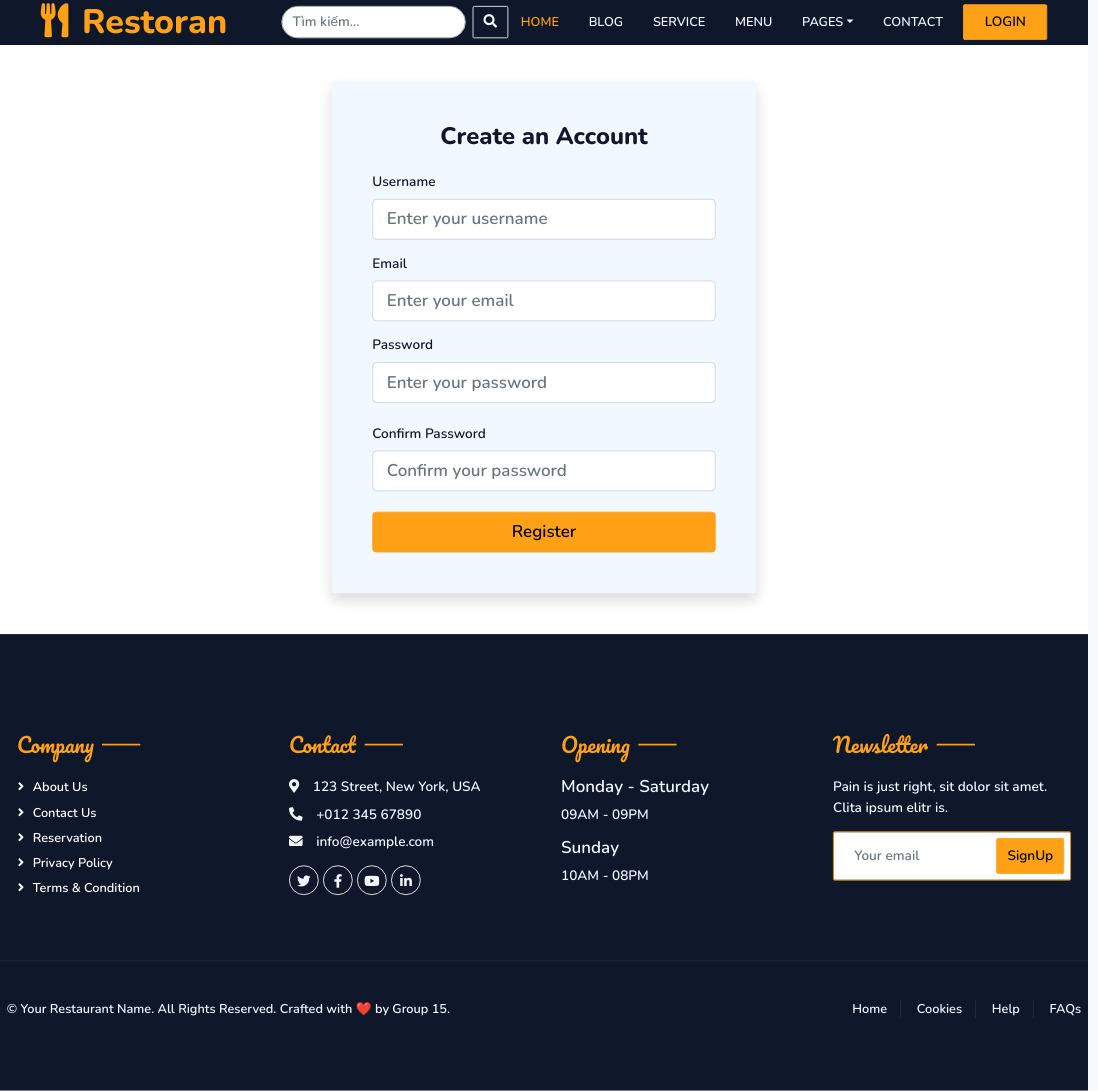
Repository: HoangKhangKhuPho4/Project_Web
Page: register.html
The author's editor kept a copy of each file at every save. The page is drawn from the files as they stood at one save, then again after the next save.
The browser window is 1280 px wide. The page is 1292 px wide, so the pictures cover 1292 px, including what lies to the right of the window. The pictures show the whole page, at 85% of full size.
Some web libraries are served in a nearby version.

Above is the page before, as saved 2025-01-02 20:32:28.

### register.html
<!DOCTYPE html>
<html lang="en">

<head>
    <meta charset="utf-8" />
    <title>Restoran - Bootstrap Restaurant Template</title>
    <meta content="width=device-width, initial-scale=1.0" name="viewport" />
    <meta content="" name="keywords" />
    <meta content="" name="description" />

    <!-- Favicon -->
    <link href="img/favicon.ico" rel="icon" />

    <!-- Google Web Fonts -->
    <link rel="preconnect" href="https://fonts.googleapis.com" />
    <link rel="preconnect" href="https://fonts.gstatic.com" crossorigin />
    <link
        href="https://fonts.googleapis.com/css2?family=Heebo:wght@400;500;600&family=Nunito:wght@600;700;800&family=Pacifico&display=swap"
        rel="stylesheet" />

    <!-- Icon Font Stylesheet -->
    <link href="https://cdnjs.cloudflare.com/ajax/libs/font-awesome/5.10.0/css/all.min.css" rel="stylesheet" />
    <link href="https://cdn.jsdelivr.net/npm/bootstrap-icons@1.4.1/font/bootstrap-icons.css" rel="stylesheet" />

    <!-- Libraries Stylesheet -->
    <link href="lib/animate/animate.min.css" rel="stylesheet" />
    <link href="lib/owlcarousel/assets/owl.carousel.min.css" rel="stylesheet" />
    <link href="lib/tempusdominus/css/tempusdominus-bootstrap-4.min.css" rel="stylesheet" />

    <!-- Customized Bootstrap Stylesheet -->
    <link href="css/bootstrap.min.css" rel="stylesheet" />

    <!-- Template Stylesheet -->
    <link href="css/style.css" rel="stylesheet" />
</head>

<body>
    <div class="container-xxl bg-white p-0">
        <!-- Spinner Start -->
        <div id="spinner"
            class="show bg-white position-fixed translate-middle w-100 vh-100 top-50 start-50 d-flex align-items-center justify-content-center">
            <div class="spinner-border text-primary" style="width: 3rem; height: 3rem" role="status">
                <span class="sr-only">Loading...</span>
            </div>
        </div>
        <!-- Spinner End -->

        <!-- Navbar & Hero Start -->
        <div class="container-xxl position-relative p-0">
            <nav class="navbar navbar-expand-lg navbar-dark bg-dark px-4 px-lg-5 py-3 py-lg-0">
                <div class="d-flex align-items-center">
                    <a href="#" class="navbar-brand p-0">
                        <h1 class="text-primary m-0">
                            <i class="fa fa-utensils me-3"></i>Restoran
                        </h1>
                        <!-- <img src="img/logo.png" alt="Logo"> -->
                    </a>

                    <!-- Thêm khoảng cách bằng cách sử dụng lớp ms-4 -->
                    <form class="d-none d-lg-flex ms-5" role="search">
                        <input class="form-control me-2" type="search" placeholder="Tìm kiếm..." aria-label="Search" />
                        <button class="btn btn-outline-light" type="submit">
                            <i class="fa fa-search"></i>
                        </button>
                    </form>
                </div>

                <button class="navbar-toggler" type="button" data-bs-toggle="collapse" data-bs-target="#navbarCollapse"
                    aria-controls="navbarCollapse" aria-expanded="false" aria-label="Toggle navigation">
                    <span class="fa fa-bars"></span>
                </button>

                <div class="collapse navbar-collapse" id="navbarCollapse">
                    <div class="navbar-nav ms-auto py-0 pe-4">
                        <a href="index.html" class="nav-item nav-link active">Home</a>
                        <a href="blog.html" class="nav-item nav-link">Blog</a>
                        <a href="service.html" class="nav-item nav-link">Service</a>
                        <a href="menu.html" class="nav-item nav-link">Menu</a>
                        <div class="nav-item dropdown">
                            <a href="#" class="nav-link dropdown-toggle" data-bs-toggle="dropdown">Pages</a>
                            <div class="dropdown-menu m-0">
                                <a href="booking.html" class="dropdown-item">Booking</a>
                                <a href="team.html" class="dropdown-item">Our Team</a>
                                <a href="testimonial.html" class="dropdown-item">Testimonial</a>
                            </div>
                        </div>
                        <a href="contact.html" class="nav-item nav-link">Contact</a>
                    </div>
                    <a href="login.html" class="btn btn-primary py-2 px-4">LOGIN</a>
                </div>
            </nav>


        </div>
        <!-- Navbar & Hero End -->

        <!-- Registration Form Start -->
        <div class="container d-flex justify-content-center my-5 pt-5">
            <form id="registerForm" class="bg-light p-5 rounded-3 shadow" style="max-width: 500px; width: 100%;">
                <h3 class="text-center mb-4">Create an Account</h3>

                <!-- Username input -->
                <div class="form-outline mb-3">
                    <label for="username" class="form-label">Username</label>
                    <input type="text" id="username" class="form-control form-control-lg"
                        placeholder="Enter your username" required />
                </div>

                <!-- Email input -->
                <div class="form-outline mb-3">
                    <label for="email" class="form-label">Email</label>
                    <input type="email" id="email" class="form-control form-control-lg" placeholder="Enter your email"
                        required />
                </div>

                <!-- Password input -->
                <div class="form-outline mb-4">
                    <label for="password" class="form-label">Password</label>
                    <input type="password" id="password" class="form-control form-control-lg"
                        placeholder="Enter your password" required />
                </div>

                <!-- Confirm Password input -->
                <div class="form-outline mb-4">
                    <label for="confirmPassword" class="form-label">Confirm Password</label>
                    <input type="password" id="confirmPassword" class="form-control form-control-lg"
                        placeholder="Confirm your password" required />
                </div>

                <!-- Submit button -->
                <button type="submit" class="btn btn-primary btn-lg w-100">Register</button>
            </form>
        </div>
        <!-- Registration Form End -->


        <!-- Footer Start -->
        <div class="container-fluid bg-dark text-light footer pt-5 mt-5 wow fadeIn" data-wow-delay="0.1s">
            <div class="container-fluid py-5">
                <div class="row g-5">
                    <div class="col-lg-3 col-md-6">
                        <h4 class="section-title ff-secondary text-start text-primary fw-normal mb-4">
                            Company
                        </h4>
                        <a class="btn btn-link" href="#">About Us</a>
                        <a class="btn btn-link" href="#">Contact Us</a>
                        <a class="btn btn-link" href="#">Reservation</a>
                        <a class="btn btn-link" href="#">Privacy Policy</a>
                        <a class="btn btn-link" href="#">Terms & Condition</a>
                    </div>
                    <div class="col-lg-3 col-md-6">
                        <h4 class="section-title ff-secondary text-start text-primary fw-normal mb-4">
                            Contact
                        </h4>
                        <p class="mb-2">
                            <i class="fa fa-map-marker-alt me-3"></i>123 Street, New York,
                            USA
                        </p>
                        <p class="mb-2">
                            <i class="fa fa-phone-alt me-3"></i>+012 345 67890
                        </p>
                        <p class="mb-2">
                            <i class="fa fa-envelope me-3"></i>info@example.com
                        </p>
                        <div class="d-flex pt-2">
                            <a class="btn btn-outline-light btn-social" href="#"><i class="fab fa-twitter"></i></a>
                            <a class="btn btn-outline-light btn-social" href="#"><i class="fab fa-facebook-f"></i></a>
                            <a class="btn btn-outline-light btn-social" href="#"><i class="fab fa-youtube"></i></a>
                            <a class="btn btn-outline-light btn-social" href="#"><i class="fab fa-linkedin-in"></i></a>
                        </div>
                    </div>
                    <div class="col-lg-3 col-md-6">
                        <h4 class="section-title ff-secondary text-start text-primary fw-normal mb-4">
                            Opening
                        </h4>
                        <h5 class="text-light fw-normal">Monday - Saturday</h5>
                        <p>09AM - 09PM</p>
                        <h5 class="text-light fw-normal">Sunday</h5>
                        <p>10AM - 08PM</p>
                    </div>
                    <div class="col-lg-3 col-md-6">
                        <h4 class="section-title ff-secondary text-start text-primary fw-normal mb-4">
                            Newsletter
                        </h4>
                        <p>
                            Pain is just right, sit dolor sit amet. Clita ipsum elitr is.
                        </p>
                        <div class="position-relative mx-auto" style="max-width: 400px">
                            <input class="form-control border-primary w-100 py-3 ps-4 pe-5" type="email"
                                placeholder="Your email" />
                            <button type="button" class="btn btn-primary py-2 position-absolute top-0 end-0 mt-2 me-2">
                                SignUp
                            </button>
                        </div>
                    </div>
                </div>
            </div>
            <div class="container-fluid">
                <div class="copyright">
                    <div class="row">
                        <div class="col-md-6 text-center text-md-start mb-3 mb-md-0">
                            © Your Restaurant Name. All Rights Reserved. Crafted with ❤️ by
                            Group 15.
                        </div>
                        <div class="col-md-6 text-center text-md-end">
                            <div class="footer-menu">
                                <a href="#">Home</a>
                                <a href="#">Cookies</a>
                                <a href="#">Help</a>
                                <a href="#">FAQs</a>
                            </div>
                        </div>
                    </div>
                </div>
            </div>
        </div>
        <!-- Footer End -->

        <!-- Back to Top -->
        <a href="#" class="btn btn-lg btn-primary btn-lg-square back-to-top"><i class="bi bi-arrow-up"></i></a>
    </div>
    <!-- Modal -->
    <div class="modal fade" id="passwordErrorModal" tabindex="-1" aria-labelledby="passwordErrorModalLabel"
        aria-hidden="true">
        <div class="modal-dialog">
            <div class="modal-content">
                <div class="modal-header">
                    <h5 class="modal-title text-danger" id="passwordErrorModalLabel">Error</h5>
                    <button type="button" class="btn-close" data-bs-dismiss="modal" aria-label="Close"></button>
                </div>
                <div class="modal-body" id="errorModalMessage">
                    <!-- Nội dung thông báo lỗi sẽ được chèn ở đây -->
                </div>
                <div class="modal-footer">
                    <button type="button" class="btn btn-secondary" data-bs-dismiss="modal">Close</button>
                </div>
            </div>
        </div>
    </div>


    <!-- JavaScript Libraries -->
    <script src="https://code.jquery.com/jquery-3.4.1.min.js"></script>
    <script src="https://cdn.jsdelivr.net/npm/bootstrap@5.0.0/dist/js/bootstrap.bundle.min.js"></script>
    <script src="lib/wow/wow.min.js"></script>
    <script src="lib/easing/easing.min.js"></script>
    <script src="lib/waypoints/waypoints.min.js"></script>
    <script src="lib/counterup/counterup.min.js"></script>
    <script src="lib/owlcarousel/owl.carousel.min.js"></script>
    <script src="lib/tempusdominus/js/moment.min.js"></script>
    <script src="lib/tempusdominus/js/moment-timezone.min.js"></script>
    <script src="lib/tempusdominus/js/tempusdominus-bootstrap-4.min.js"></script>

    <script src="js/register.js"></script>

    <!-- Template Javascript -->
    <script src="js/main.js"></script>
</body>

</html>

Loaded but not shown: lib/animate/animate.min.css (library); lib/owlcarousel/assets/owl.carousel.min.css (common file); lib/tempusdominus/css/tempusdominus-bootstrap-4.min.css (library); css/bootstrap.min.css (library); lib/wow/wow.min.js (library); lib/easing/easing.min.js (common file); lib/waypoints/waypoints.min.js (library); lib/counterup/counterup.min.js (common file); lib/owlcarousel/owl.carousel.min.js (library); lib/tempusdominus/js/moment.min.js (library); lib/tempusdominus/js/moment-timezone.min.js (library); lib/tempusdominus/js/tempusdominus-bootstrap-4.min.js (library); js/main.js (331 lines, source omitted); js/register.js (31 lines, source omitted); css/style.css (1230 lines, source omitted)

After the next save:
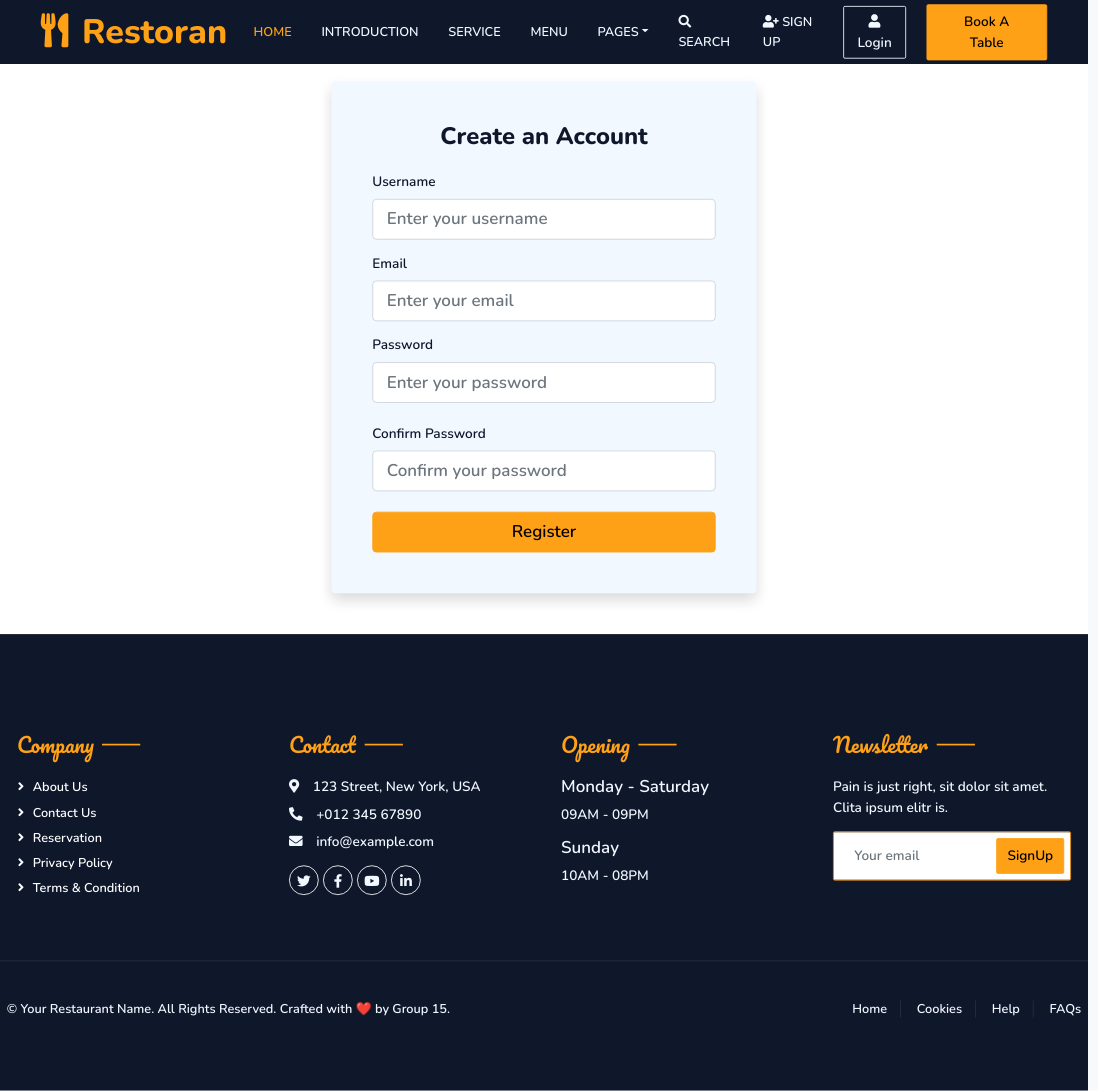
Saved 21 s later.
--- a/register.html
+++ b/register.html
@@ -49,46 +49,59 @@
         <div class="container-xxl position-relative p-0">
             <nav class="navbar navbar-expand-lg navbar-dark bg-dark px-4 px-lg-5 py-3 py-lg-0">
                 <div class="d-flex align-items-center">
-                    <a href="#" class="navbar-brand p-0">
-                        <h1 class="text-primary m-0">
-                            <i class="fa fa-utensils me-3"></i>Restoran
-                        </h1>
-                        <!-- <img src="img/logo.png" alt="Logo"> -->
+                  <a href="#" class="navbar-brand p-0">
+                    <h1 class="text-primary m-0">
+                      <i class="fa fa-utensils me-3"></i>Restoran
+                    </h1>
+                    <!-- <img src="img/logo.png" alt="Logo"> -->
+                  </a>
+                </div>
+
+                <button
+                  class="navbar-toggler"
+                  type="button"
+                  data-bs-toggle="collapse"
+                  data-bs-target="#navbarCollapse"
+                  aria-controls="navbarCollapse"
+                  aria-expanded="false"
+                  aria-label="Toggle navigation"
+                >
+                  <span class="fa fa-bars"></span>
+                </button>
+
+                <div class="collapse navbar-collapse" id="navbarCollapse">
+                  <div class="navbar-nav ms-auto py-0 pe-4">
+                    <a href="index.html" class="nav-item nav-link active">Home</a>
+                    <a href="introduction.html" class="nav-item nav-link">Introduction</a>
+                    <!-- Removed Blog Link -->
+                    <a href="service.html" class="nav-item nav-link">Service</a>
+                    <a href="menu.html" class="nav-item nav-link">Menu</a>
+                    <div class="nav-item dropdown">
+                      <a href="#" class="nav-link dropdown-toggle" data-bs-toggle="dropdown">Pages</a>
+                      <div class="dropdown-menu m-0">
+                        <a href="booking.html" class="dropdown-item">Booking</a>
+                        <a href="team.html" class="dropdown-item">Our Team</a>
+                        <a href="testimonial.html" class="dropdown-item">Testimonial</a>
+                        <!-- Added Blog and Contact -->
+                        <a href="blog.html" class="dropdown-item">Blog</a>
+                        <a href="contact.html" class="dropdown-item">Contact</a>
+                      </div>
+                    </div>
+                    <!-- Removed Contact Link -->
+                    <a href="search.html" class="nav-item nav-link">
+                      <i class="fa fa-search"></i> Search
                     </a>
-
-                    <!-- Thêm khoảng cách bằng cách sử dụng lớp ms-4 -->
-                    <form class="d-none d-lg-flex ms-5" role="search">
-                        <input class="form-control me-2" type="search" placeholder="Tìm kiếm..." aria-label="Search" />
-                        <button class="btn btn-outline-light" type="submit">
-                            <i class="fa fa-search"></i>
-                        </button>
-                    </form>
-                </div>
-
-                <button class="navbar-toggler" type="button" data-bs-toggle="collapse" data-bs-target="#navbarCollapse"
-                    aria-controls="navbarCollapse" aria-expanded="false" aria-label="Toggle navigation">
-                    <span class="fa fa-bars"></span>
-                </button>
-
-                <div class="collapse navbar-collapse" id="navbarCollapse">
-                    <div class="navbar-nav ms-auto py-0 pe-4">
-                        <a href="index.html" class="nav-item nav-link active">Home</a>
-                        <a href="blog.html" class="nav-item nav-link">Blog</a>
-                        <a href="service.html" class="nav-item nav-link">Service</a>
-                        <a href="menu.html" class="nav-item nav-link">Menu</a>
-                        <div class="nav-item dropdown">
-                            <a href="#" class="nav-link dropdown-toggle" data-bs-toggle="dropdown">Pages</a>
-                            <div class="dropdown-menu m-0">
-                                <a href="booking.html" class="dropdown-item">Booking</a>
-                                <a href="team.html" class="dropdown-item">Our Team</a>
-                                <a href="testimonial.html" class="dropdown-item">Testimonial</a>
-                            </div>
-                        </div>
-                        <a href="contact.html" class="nav-item nav-link">Contact</a>
-                    </div>
-                    <a href="login.html" class="btn btn-primary py-2 px-4">LOGIN</a>
-                </div>
-            </nav>
+                    <a href="register.html" class="nav-item nav-link">
+                      <i class="fa fa-user-plus"></i> Sign up
+                    </a>
+                    <a href="login.html" class="btn btn-outline-light ms-2">
+                      <i class="fa fa-user"></i> Login
+                    </a>
+                  </div>
+
+                  <a href="booking.html" class="btn btn-primary py-2 px-4">Book A Table</a>
+                </div>
+              </nav>
 
 
         </div>
